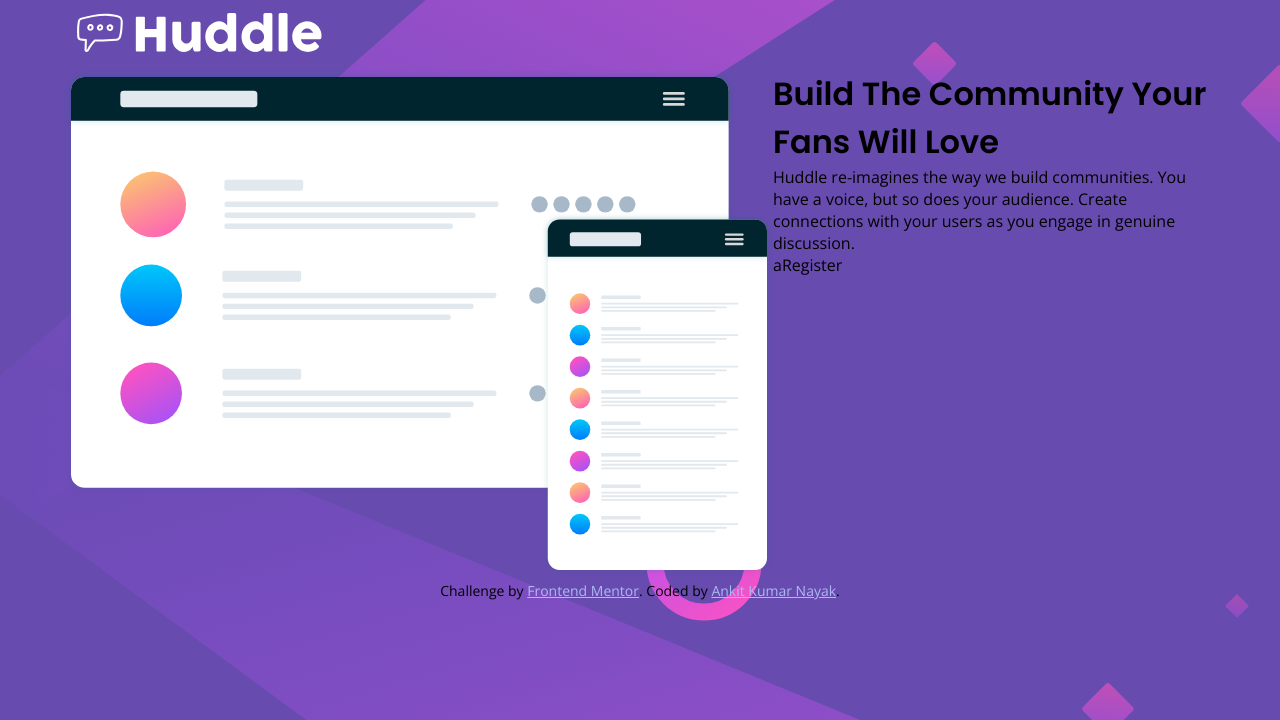
Repository: ankitnayak09/FrontEndMentor-Solutions
Page: huddle-landing-page-with-single-introductory-section-master/index.html
The author's editor kept a copy of each file at every save. The page is drawn from the files as they stood at one save, then again after a run of saves.
The browser window is 1280 px wide. The pictures show the whole page.

Above is the page before, as saved 2021-07-07 18:41:11.

After the next 6 saves:
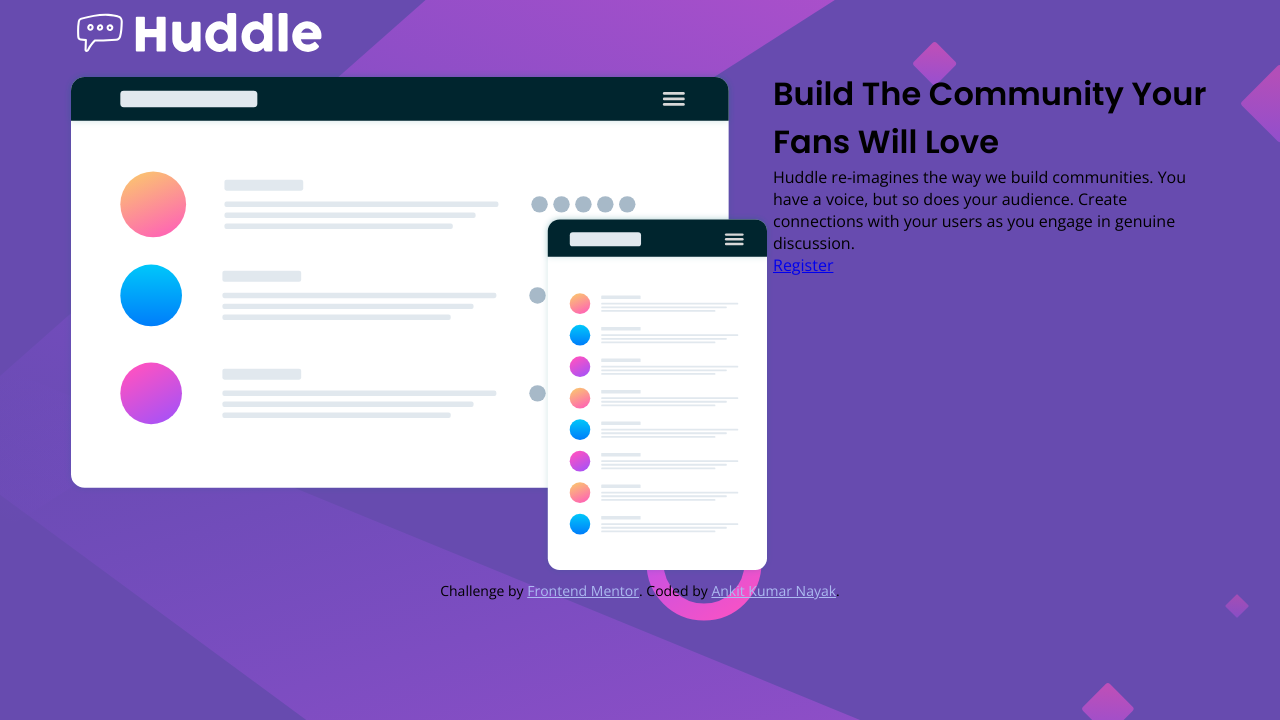
The 6 saves are shown as one change because they came seconds apart.
The last was saved 16 s later.
--- a/huddle-landing-page-with-single-introductory-section-master/index.html
+++ b/huddle-landing-page-with-single-introductory-section-master/index.html
@@ -43,7 +43,7 @@
       Huddle re-imagines the way we build communities. You have a voice, but so does your audience.
       Create connections with your users as you engage in genuine discussion.
     </p>
-      aRegister
+      <a href="#">Register</a>
     </div>
   </main>
     <footer>
